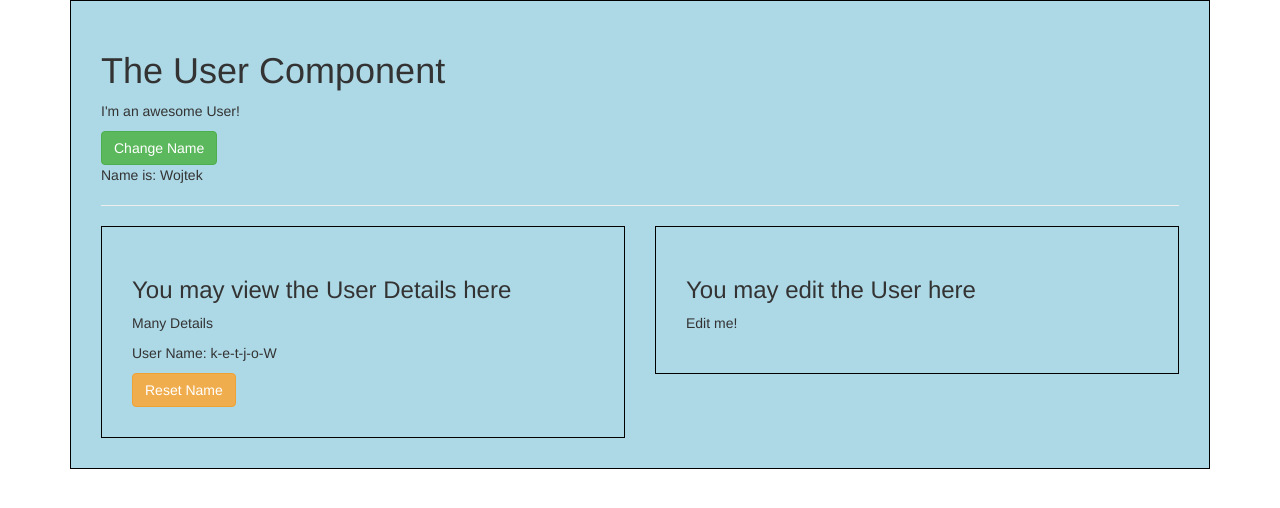
Repository: wojkos/Learn
Page: / (app in Vue/module8/)
An editor plug-in stored every save of this project. The page is shown before and after the next save, followed by the edit.
The browser window is 1280 px wide. The pictures show the whole page.
The project was rebuilt for these pictures with package versions that can differ from the ones it lists, and the page was loaded fresh each time. Also part of the build but not shown: Vue/module8/webpack.config.js.

Above is the page before, as saved 2018-04-25 16:42:59.

### Vue/module8/src/components/User.vue
<template>
    <div class="component">
        <h1>The User Component</h1>
        <p>I'm an awesome User!</p>
        <button class="btn btn-success" @click="changeName">Change Name</button>
        <p>Name is: {{ name }}</p>
        <hr>
        <div class="row">
            <div class="col-xs-12 col-sm-6">
                <app-user-detail :name="name" @nameWasReset="name = $event" :resetFn="resetName"></app-user-detail>
            </div>
            <div class="col-xs-12 col-sm-6">
                <app-user-edit></app-user-edit>
            </div>
        </div>
    </div>
</template>

<script>
    import UserDetail from './UserDetail.vue';
    import UserEdit from './UserEdit.vue';

    export default {
        data: function() {
            return {
                name: 'Wojtek'
            };
        },
        methods: {
            changeName() {
                this.name = 'Wojo';
            },
            resetName() {
                this.name = 'Wojtek';
            }
        },
        components: {
            appUserDetail: UserDetail,
            appUserEdit: UserEdit
        }
    }
</script>

<style scoped>
    div {
        background-color: lightblue;
    }
</style>

### Vue/module8/src/components/UserDetail.vue
<template>
    <div class="component">
        <h3>You may view the User Details here</h3>
        <p>Many Details</p>
        <p>User Name: {{ switchName() }}</p>
		<button @click="resetName" class="btn btn-warning">Reset Name</button>
    </div>
</template>

<script>
	export default {
		props: {
			name: {
				type: String,
				required: true
			}
		},
		methods: {
			switchName() {
				return this.name.split("").reverse().join("-");
			},
			resetName() {
				 this.name = 'Nowe zresetowane';
				 this.$emit('nameWasReset', this.name)
			}
		}
	}
</script>

<style scoped>
    div {
        background-color: lightcoral;
    }
</style>

Loaded but not shown: Vue/module8/index.html (common file); Vue/module8/src/main.js (common file); Vue/module8/src/App.vue (common file); Vue/module8/src/components/UserEdit.vue (common file)

After the next save:
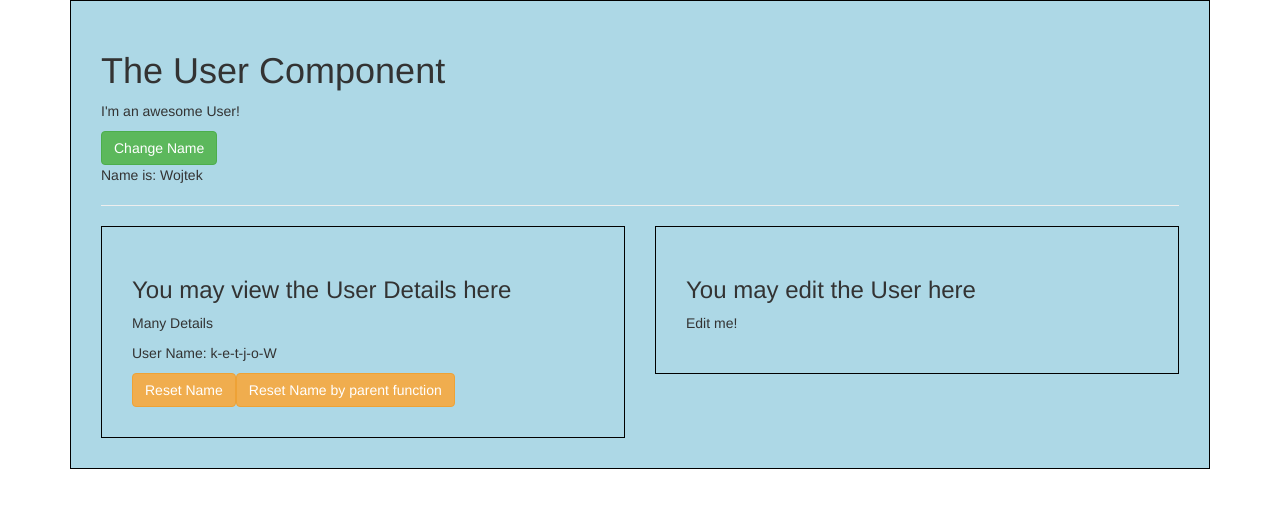
Saved 50 s later.
--- a/Vue/module8/src/components/UserDetail.vue
+++ b/Vue/module8/src/components/UserDetail.vue
@@ -4,6 +4,7 @@
         <p>Many Details</p>
         <p>User Name: {{ switchName() }}</p>
 		<button @click="resetName" class="btn btn-warning">Reset Name</button>
+		<button @click="resetFn" class="btn btn-warning">Reset Name by parent function</button>
     </div>
 </template>
 
@@ -13,7 +14,8 @@
 			name: {
 				type: String,
 				required: true
-			}
+			},
+			resetFn: Function
 		},
 		methods: {
 			switchName() {
